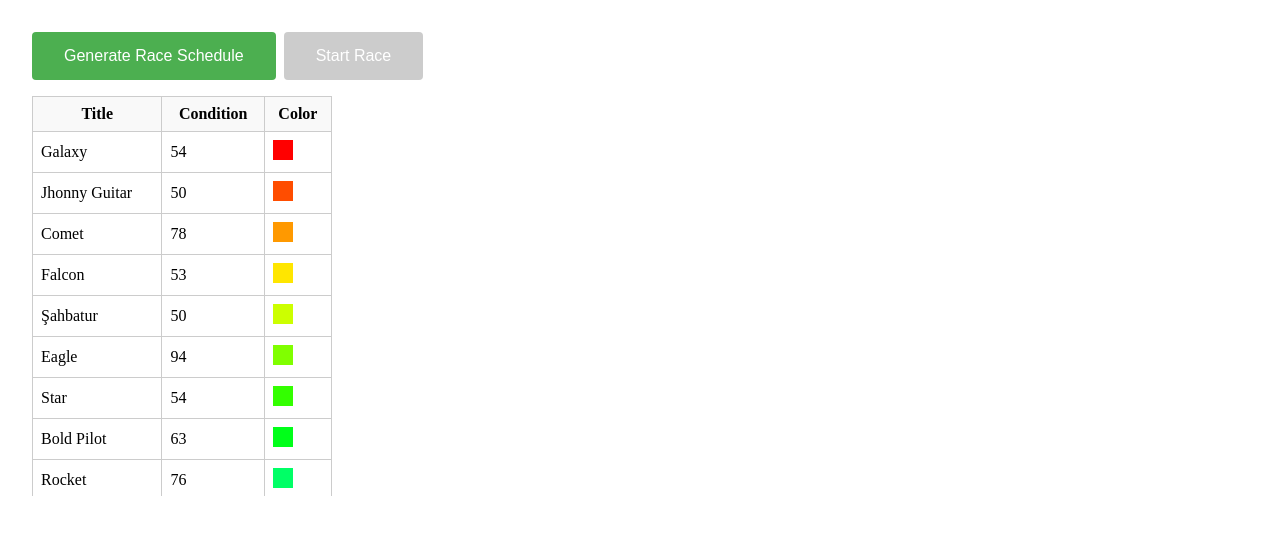
Repository: akinankarali/horse-racing-game
Page: /
An editor plug-in stored every save of this project. The page is shown before and after the next save, followed by the edit.
The browser window is 1280 px wide. The pictures show the whole page.
The project was rebuilt for these pictures with package versions that can differ from the ones it lists, and the page was loaded fresh each time. The framework's server and built-in components were replaced by stand-ins that run in the browser. Also part of the build but not shown: nuxt.config.ts, components/Results.vue. Imported but missing from the stored project, and not drawn on this page: store/setting.

Above is the page before, as saved 2024-06-09 21:13:53.

### store/index.ts
import { MutationTree, ActionTree, GetterTree } from 'vuex';
import { Horse, RaceState } from './types';

const horseTitles = [
  'Şahbatur', 'Bold Pilot', 'Yavuzhan', 'Thunderbolt', 'Jhonny Guitar',
  'Murphy', 'Majesty', 'Comet', 'Star', 'Galaxy',
  'Nova', 'Meteor', 'Phoenix', 'Pegasus', 'Ranger',
  'Rocket', 'Sparrow', 'Eagle', 'Falcon', 'Mustang'
];

export const state = (): RaceState => ({
  horses: [],
  selectedHorses: [[], [], [], [], [], []],
  raceSchedule: [1200, 1400, 1600, 1800, 2000, 2200],
  raceResults: [],
  currentRound: 0,
});

export const getters: GetterTree<RaceState, RaceState> = {
  allHorses: state => state.horses,
  raceResults: state => state.raceResults,
  selectedHorses: state => state.selectedHorses,
  currentRound: state => state.currentRound,
  raceSchedule: state => state.raceSchedule,
};

export const mutations: MutationTree<RaceState> = {
  SET_HORSES(state: RaceState, horses: Horse[]) {
    state.horses = horses;
  },
  SET_SELECTED_HORSES(state: RaceState, horses: Horse[][]) {
    state.selectedHorses = horses;
  },
  ADD_RACE_RESULT(state: RaceState, result: string) {
    state.raceResults.push(result);
  },
  RESET_RACE_RESULTS(state: RaceState) {
    state.raceResults = [];
  },
  UPDATE_HORSE_CONDITION(state: RaceState, updatedHorse: Horse) {
    const horse = state.horses.find(h => h.id === updatedHorse.id);
    if (horse) {
      horse.condition = updatedHorse.condition;
    }
  },
  UpdateCurrentRound(state: RaceState, round: number) {
    state.currentRound = round;
  },

};

export const actions: ActionTree<RaceState, RaceState> = {
  generateHorses({ commit }) {
    const shuffledTitles = horseTitles.sort(() => Math.random() - 0.5);

    const horses: Horse[] = Array.from({ length: 20 }, (_, i) => {
      const hue = (i * 18) % 360;
      const condition = Math.floor(Math.random() * 100) + 1;

      return {
        id: i + 1,
        title: shuffledTitles[i],
        color: `hsl(${hue}, 100%, 50%)`,
        condition: condition < 50 ? 50 : condition,
        position: 0
      };
    });

    commit('SET_HORSES', horses);
  },
  generateRaceSchedule({ commit, state }) {

    const shuffleArray = (array: any[]) => {
      for (let i = array.length - 1; i > 0; i--) {
        const j = Math.floor(Math.random() * (i + 1));
        [array[i], array[j]] = [array[j], array[i]];
      }
      return array;
    };

    const raceRounds: Horse[][] = [];

    for (let roundIndex = 0; roundIndex < 6; roundIndex++) {
      const roundHorses = [];
      const availableHorses = [...state.horses];
      for (let i = 0; i < 10; i++) {
        const randomIndex = Math.floor(Math.random() * availableHorses.length);
        const selectedHorse = availableHorses[randomIndex];

        roundHorses.push(selectedHorse);
        availableHorses.splice(randomIndex, 1);
      }

      raceRounds.push(shuffleArray(roundHorses));
    }

    commit('SET_SELECTED_HORSES', raceRounds);
  },

  async startRace({ commit, state }) {
    commit('RESET_RACE_RESULTS');

    for (let roundIndex = 0; roundIndex < 6; roundIndex++) {
      const distance = state.raceSchedule[roundIndex];
      const roundHorses = state.selectedHorses[roundIndex].map(horse => ({ ...horse }));

      for (let second = 0; second < (6 + roundIndex); second++) {
        await new Promise(resolve => setTimeout(resolve, 1000));

        roundHorses.forEach(horse => {
          horse.condition -= Math.floor(Math.random() * 5) + 1;
          if (horse.condition < 0) {
            horse.condition = 0;
          }
          commit('UPDATE_HORSE_CONDITION', horse);
        });

        const runResult = {
          distance,
          horses: roundHorses.map(horse => ({
            id: horse.id,
            title: horse.title,
            condition: horse.condition,
          })),
        };

        commit('ADD_RACE_RESULT', runResult);
      }

      const winner = roundHorses.reduce((prev, current) => (prev.condition > current.condition) ? prev : current);
      const winnerResult = `${roundIndex + 1 }: ${winner.title} (${winner.condition})`;

      commit('ADD_RACE_RESULT', {
        distance,
        horses: roundHorses,
        winnerResult,
      });
    }
  },
};

### store/types.ts
export interface Horse {
    id: number;
    title: string;
    color: string;
    condition: number;
    position?: number ;
  }

  export interface RaceState {
    horses: Horse[];
    selectedHorses: Horse[][];
    raceSchedule: number[];
    raceResults: string[];
    currentRound: number;
  }

### pages/index.vue
<template>
  <div class="horse-racing-day">
    <div class="racing-wrapper">
      <div class="information-section">
        <Race />
      </div>

      <div class="race-board-section">
        <h4 v-if="selectedHorses[currentRound].length">
          Round {{ currentRound + 1 }} - {{ raceSchedule[currentRound] }}m
        </h4>
        <RaceBoard />
      </div>
    </div>

    <div class="result-section">
      <Results v-if="selectedHorses[currentRound].length" />
    </div>
  </div>
</template>

<script lang="ts">
import Race from '../components/Race.vue';
import Results from '../components/Results.vue';
import RaceBoard from '../components/RaceBoard.vue';

import { mapGetters } from 'vuex';

export default {
  name: 'Home',
  components: {
    Race,
    Results,
    RaceBoard,
  },

  computed: {
    ...mapGetters({
      currentRound: 'currentRound',
      selectedHorses: 'selectedHorses',
      raceSchedule: 'raceSchedule',
    }),
  },
};
</script>

<style scoped lang="scss">
.horse-racing-day {
  display: flex;
  flex-direction: column;

  .racing-wrapper {
    display: flex;
    margin-bottom: 20px;
    gap: 20px;

    .race-board-section {
      flex: 1;
    }

    .information-section {
      padding: 24px;
      display: flex;
      align-items: center;
    }
  }
}
</style>

### components/Race.vue
<template>
  <div class="race">
    <div class="race-buttons">
      <Button
        title="Generate Race Schedule"
        @action="generateRaceScheduleMethod"
      />
      <Button title="Start Race" @action="startRace" :disabled="isDisabled" />
    </div>
    <div class="horse-list">
      <HorseTable />
    </div>
  </div>
</template>

<script lang="ts">
import { mapActions, mapGetters } from 'vuex';
import HorseTable from './HorseTable.vue';
import Button from '../components/Button.vue';

export default {
  components: {
    HorseTable,
    Button,
  },
  data() {
    return {
      isDisabled: true,
    };
  },
  computed: {
    ...mapGetters({
      allHorses: 'allHorses',
      raceResults: 'raceResults',
      selectedHorses: 'selectedHorses',
    }),
  },
  methods: {
    ...mapActions({
      generateHorses: 'generateHorses',
      generateRaceSchedule: 'generateRaceSchedule',
      startRace: 'startRace',
    }),

    generateRaceScheduleMethod() {
      this.isDisabled = false;
      this.generateRaceSchedule();
    },
  },
  mounted() {
    this.generateHorses();
  },
};
</script>

<style scoped lang="scss">
.horse-list {
  max-width: 300px;
  max-height: 400px;
  height: 100%;
  overflow: scroll;
}
.race-buttons {
  display: flex;
  gap: 8px;
  margin-bottom: 16px;
}
</style>

### components/RaceBoard.vue
<template>
  <div class="race-board" v-if="selectedHorses[currentRound].length">
    <div
      v-for="horse in selectedHorses[currentRound]"
      :key="horse.id"
      class="horse"
      :style="{ transform: `translateX(${horse.position * 10}px)` }"
    >
      {{ horse.title }}
      <img
        class="horse-img"
        src="../assets/horse.svg"
        alt=""
        :style="{ filter: horse.filter }"
      />
    </div>
  </div>
</template>

<script lang="ts">
import { mapGetters } from 'vuex';

export default {
  name: 'RaceBoard',
  computed: {
    ...mapGetters({
      selectedHorses: 'selectedHorses',
      currentRound: 'currentRound',
    }),
  },
};
</script>

<style scoped>
.race-board {
  width: 100%;
  height: 100%;
  max-height: 89%;
  border: 1px solid #ccc;
  overflow: hidden;
}

.horse-img {
  -webkit-transform: scaleX(-1);
  transform: scaleX(-1);
  width: 24px;
  height: 24px;
}

.horse {
  display: flex;
  flex-direction: column;
  border-bottom: 1px solid #ccc;
  padding: 4px;
  position: relative;
}
</style>

### components/HorseTable.vue
<template>
  <table>
    <thead>
      <tr>
        <th>Title</th>
        <th>Condition</th>
        <th>Color</th>
      </tr>
    </thead>
    <tbody>
      <tr v-for="horse in allHorses" :key="horse.id">
        <td>{{ horse.title }}</td>
        <td>{{ horse.condition }}</td>
        <td>
          <div
            :style="{
              backgroundColor: horse.color,
              width: '20px',
              height: '20px',
            }"
          ></div>
        </td>
      </tr>
    </tbody>
  </table>
</template>

<script lang="ts">
import { mapGetters } from 'vuex';

export default {
  name: 'HorseTable',
  computed: {
    ...mapGetters({
      allHorses: 'allHorses',
    }),
  },
};
</script>

<style scoped>
table {
  width: 100%;
  border-collapse: collapse;
}

th,
td {
  padding: 8px;
  border: 1px solid #ccc;
}

th {
  background-color: #f9f9f9;
}

div {
  display: inline-block;
}
</style>

### components/Button.vue
<template>
  <div>
    <button :disabled="disabled" @click="handleAction">{{ title }}</button>
  </div>
</template>

<script lang="ts">
export default {
  props: {
    title: {
      type: String,
      required: true,
    },
    disabled: {
      type: Boolean,
      default: false,
    },
  },
  methods: {
    handleAction() {
      this.$emit('action');
    },
  },
};
</script>

<style scoped lang="scss">
button {
  background-color: #4caf50;
  border: none;
  color: white;
  padding: 15px 32px;
  text-align: center;
  text-decoration: none;
  display: inline-block;
  font-size: 16px;
  cursor: pointer;
  border-radius: 4px;

  &:hover {
    background-color: #45a049;
  }

  &:disabled {
    background-color: #cccccc;
    cursor: not-allowed;
  }
}
</style>

After the next save:
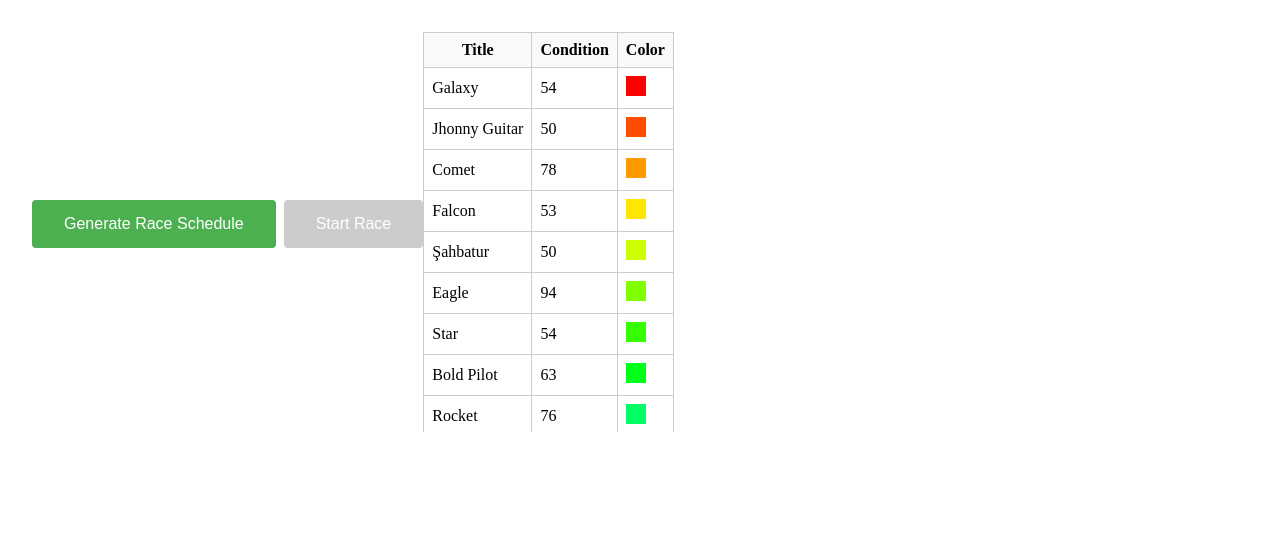
Saved 15 s later.
--- a/components/Race.vue
+++ b/components/Race.vue
@@ -54,6 +54,10 @@ export default {
 </script>
 
 <style scoped lang="scss">
+.race {
+  display: flex;
+  align-items: center;
+}
 .horse-list {
   max-width: 300px;
   max-height: 400px;
